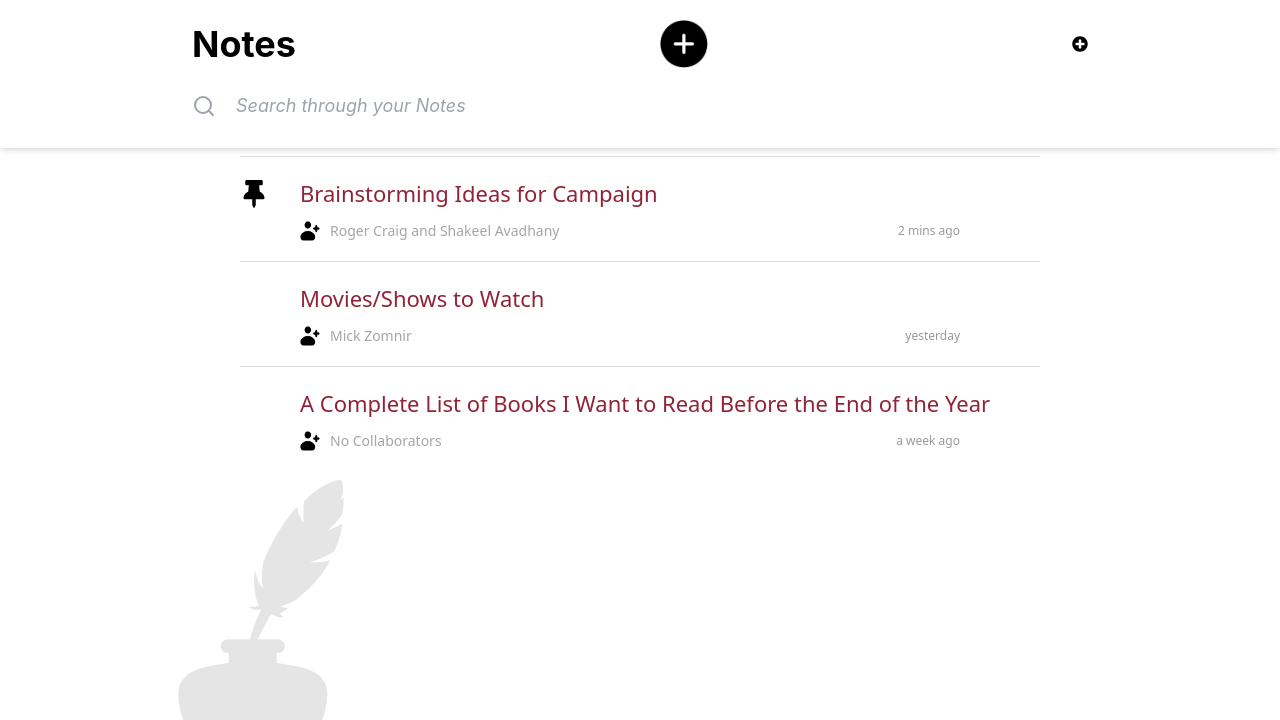
Repository: shabiasaeed/Notes-app
Page: /
An editor plug-in stored every save of this project. The page is shown before and after the next save, followed by the edit.
The browser window is 1280 px wide. The pictures show the whole page.
The project was rebuilt for these pictures with package versions that can differ from the ones it lists, and the page was loaded fresh each time. Also part of the build but not shown: src/components/Header.css, src/App.css.

Above is the page before, as saved 2025-01-01 18:18:11.

After the next save:
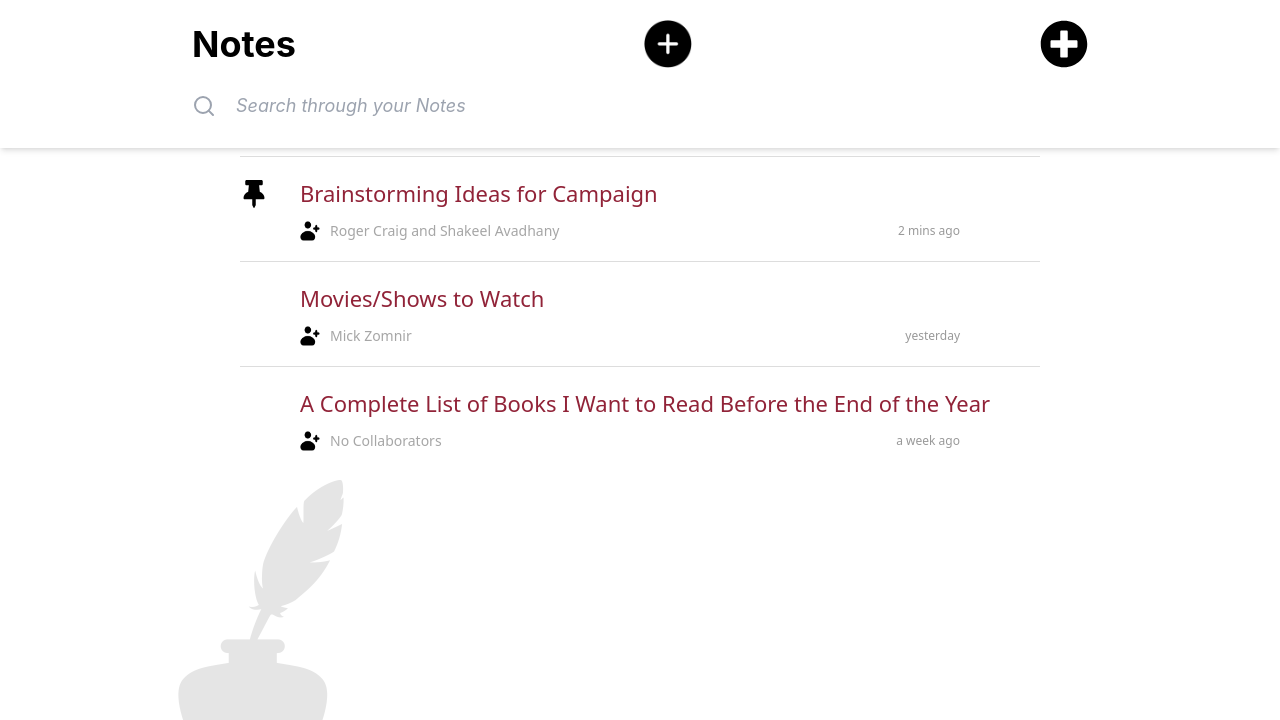
Saved 37 s later.
--- a/src/components/Header.js
+++ b/src/components/Header.js
@@ -14,7 +14,7 @@ const Header = ({ setSearchNotes }) => {
         <button className="bg-transparent border-none cursor-pointer">
           <img src={addButton} alt="Add" className="w-12 h-12"/>
         </button>
-        <FaPlusCircle />
+        <FaPlusCircle className="w-12 h-12"/>
       </div>
       <div className="flex items-center w-full max-w-4xl mt-4">
         <FiSearch className="w-6 h-6 text-gray-400 mr-3" />
